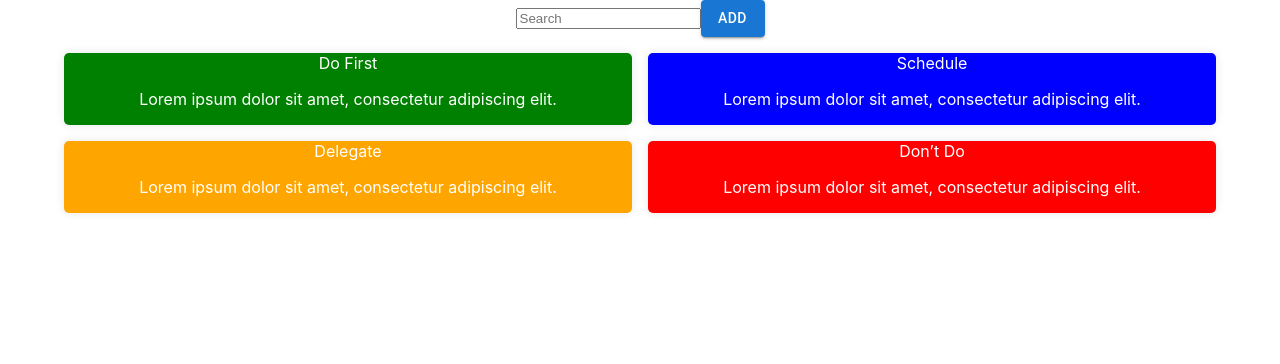
Repository: GokulDev4U/Krixi_react_assignment
Page: /, after clicking the first element matching `button.MuiButtonBase-root`
An editor plug-in stored every save of this project. The page is shown before and after a run of saves, followed by the edit.
The browser window is 1280 px wide. The pictures show the whole page.
The project was rebuilt for these pictures with package versions that can differ from the ones it lists, and the page was loaded fresh each time.

Above is the page before, as saved 2022-04-04 12:56:40.

After the next 2 saves:
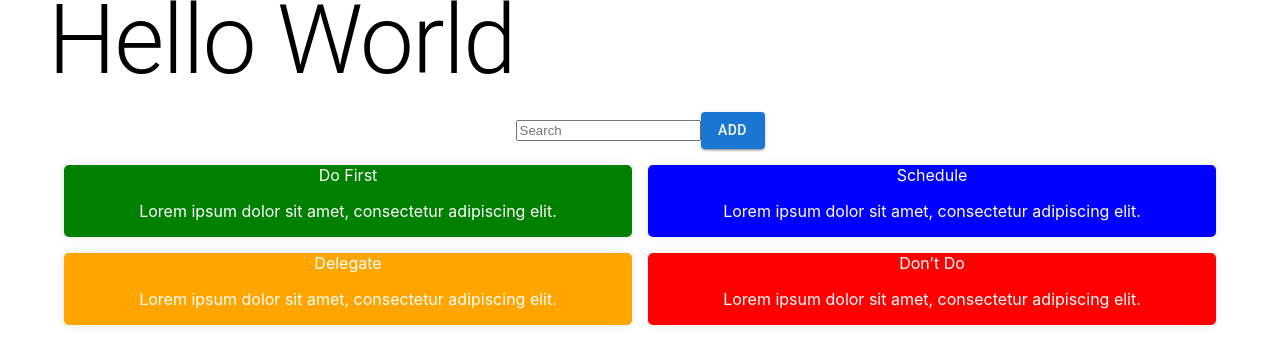
The 2 saves are shown as one change because 1 did not build or start.
The last was saved 2 min 35 s later.
--- a/src/App.js
+++ b/src/App.js
@@ -1,8 +1,8 @@
 import React from "react";
 // import { Counter } from "./features/counter/Counter";
-import Container from "@mui/material/Container";
-import Grid from "@mui/material/Grid";
-import Button from "@mui/material/Button";
+import { Container, Grid, Button, Typography } from "@mui/material";
+// import Grid from "@mui/material/Grid";
+// import Button from "@mui/material/Button";
 import Card from "./Components/card/Card";
 import "./App.css";
 
@@ -11,6 +11,7 @@ function App() {
     <div className="App">
       <Container sx={{ flexGrow: 1 }}>
         <Grid container spacing={2}>
+          <Typography variant="h1">Hello World</Typography>
           <Grid item xs={12}>
             <input type="text" placeholder="Search" />
             <Button variant="contained" color="primary">
